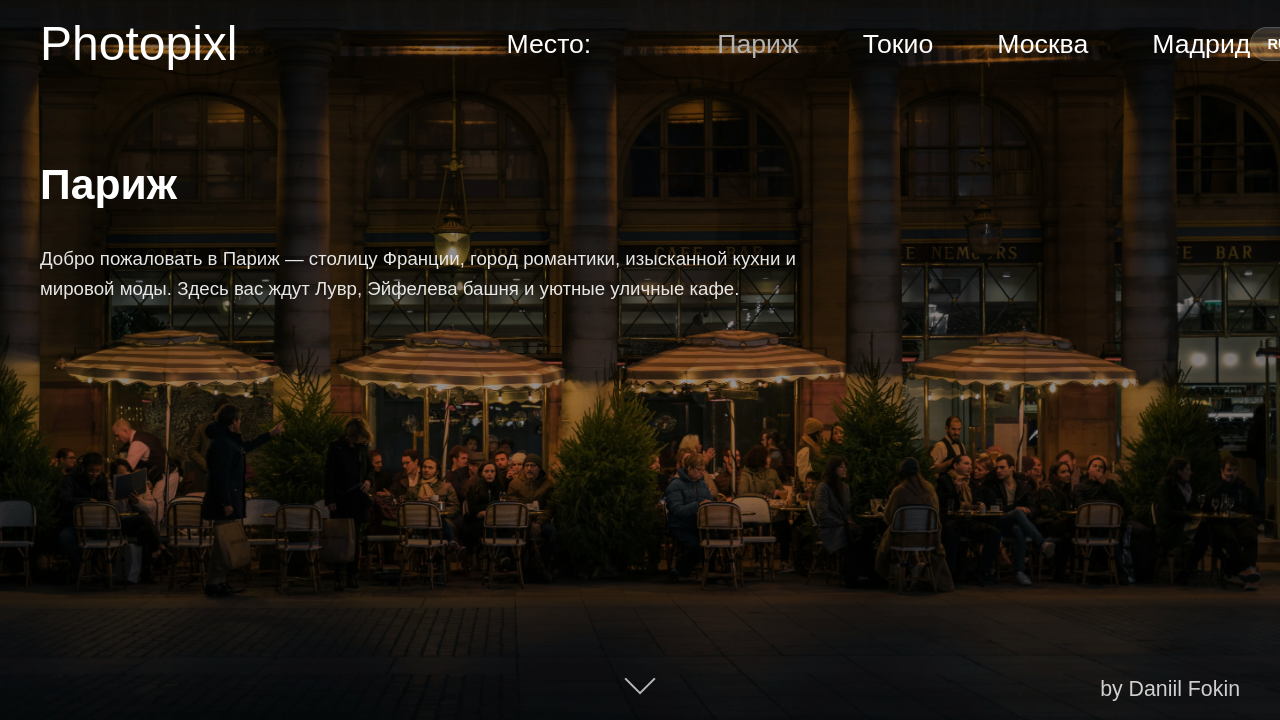
Repository: git-daniil/place-site
Page: index.html
The author's editor kept a copy of each file at every save. The page is drawn from the files as they stood at one save, then again after a run of saves.
The browser window is 1280 px wide. The pictures show the whole page.
Some web fonts or font styles are not loaded; a fallback is used.

Above is the page before, as saved 2026-05-20 14:36:28.

### index.html
<!DOCTYPE html>
<html lang="ru">
<head>
    <meta charset="UTF-8">
    <meta name="viewport" content="width=device-width, initial-scale=1.0">
    <title>Photopixl — Paris</title>
    <link rel="stylesheet" href="style.css">
    <script src="translations.js"></script>
</head>
<body class="paris-page">

    <div class="progress-bar-container">
        <div class="progress-bar"></div>
        <div class="preloader-center-text">
            <div class="preloader-logo">Photopixl</div>
            <div class="preloader-author">by Daniil Fokin</div>
        </div>
    </div>

    <div class="author-label">by Daniil Fokin</div>

    <div class="page-wrapper">
        <nav class="navbar">
            <a href="index.html" class="logo">Photopixl</a>
            <div class="place-label" data-lang="place">Место:</div>
            <div class="nav-links">
                <a href="index.html" class="city-link active" data-lang="paris">Париж</a>
                <a href="tokio.html" class="city-link" data-lang="tokio">Токио</a>
                <a href="moscow.html" class="city-link" data-lang="moscow">Москва</a>
                <a href="madrid.html" class="city-link" data-lang="madrid">Мадрид</a>
            </div>

            <div class="lang-selector">
                <div class="lang-current">RU</div>
                <div class="lang-dropdown">
                    <div class="lang-option active" data-value="ru">RU</div>
                    <div class="lang-option" data-value="en">EN</div>
                </div>
            </div>
        </nav>

        <section class="paris-bg-1 scroll-section" data-slide="0">
            <main class="content-section anim-text">
                <h1 data-field="h1">Париж</h1>
                <p data-field="p">Добро пожаловать в Париж — столицу Франции, город романтики, изысканной кухни и мировой моды. Здесь вас ждут Лувр, Эйфелева башня и уютные уличные кафе.</p>
            </main>
            <div class="scroll-hint">
                <div class="arrow"></div>
            </div>
        </section>

        <section class="paris-bg-2 scroll-section" data-slide="1">
            <main class="content-section anim-text">
                <h1 data-field="h1">Атмосфера старого города</h1>
                <p data-field="p">Прогуляйтесь по Монмартру, загляните в аутентичные дворики и пройдитесь по тихим мощеным улочкам, где до сих пор витает дух старого Парижа и пахнет свежими круассанами.</p>
            </main>
        </section>

        <section class="paris-bg-3 scroll-section" data-slide="2">
            <main class="content-section anim-text">
                <h1 data-field="h1">Вечерние огни Сены</h1>
                <p data-field="p">Когда на город опускаются сумерки, тысячи огней отражаются в воде. Прогулка на речном трамвайчике откроет для вас совершенно другой, магический Париж.</p>
            </main>
        </section>

        <section class="paris-bg-4 scroll-section" data-slide="3">
            <main class="content-section anim-text">
                <h1 data-field="h1">Сокровища Лувра</h1>
                <p data-field="p">Один из крупнейших и величайших музеев мира хранит в себе шедевры искусства разных эпох. Проведите день среди великой истории, архитектуры и бессмертных творений.</p>
            </main>
        </section>

        <section class="paris-bg-5 scroll-section" data-slide="4">
            <main class="content-section anim-text">
                <h1 data-field="h1">Триумфальная арка</h1>
                <p data-field="p">Величественный монумент на площади Шарля де Голля, ставший символом побед и национальной гордости Франции. Отсюда откроется один из лучших видов на Елисейские поля.</p>
            </main>
        </section>

        <section class="paris-bg-6 scroll-section" data-slide="5">
            <main class="content-section anim-text">
                <h1 data-field="h1">Эйфелева башня</h1>
                <p data-field="p">Главный и самый узнаваемый символ не только Парижа, но и всей Франции. Её изящный силуэт восхищает в любое время суток, а вечерняя иллюминация создает ощущение настоящей сказки.</p>
            </main>
        </section>

        <section class="paris-bg-7 scroll-section" data-slide="6">
            <main class="content-section anim-text">
                <h1 data-field="h1">Парижский туман</h1>
                <p data-field="p">Загадочные окутанные дымкой улочки раскрывают меланхоличную и кинематографичную сторону города. В такие моменты Париж кажется особенно уединенным и поэтичным.</p>
            </main>
        </section>

        <section class="paris-bg-8 scroll-section thanks-section" data-slide="7">
            <div class="thanks-text anim-text" data-field="h1">
                À bientôt, Paris
            </div>
        </section>
    </div>

    <script {nonce}>
        window.addEventListener('DOMContentLoaded', function() {
            setTimeout(() => {
                document.querySelector('.preloader-logo').classList.add('show');
            }, 300);

            setTimeout(() => {
                document.querySelector('.preloader-author').classList.add('show');
            }, 900);
        });

        window.addEventListener('load', function() {
            const progressBar = document.querySelector('.progress-bar');
            const pageWrapper = document.querySelector('.page-wrapper');
            const progressContainer = document.querySelector('.progress-bar-container');

            progressBar.style.width = '100%';

            setTimeout(() => {
                progressContainer.style.opacity = '0';
                pageWrapper.classList.add('loaded');

                setTimeout(() => {
                    progressContainer.style.display = 'none';
                }, 600);
            }, 2200);
        });

        const langSelector = document.querySelector('.lang-selector');
        const langCurrent = document.querySelector('.lang-current');
        const langOptions = document.querySelectorAll('.lang-option');

        if (langSelector) {
            langSelector.addEventListener('click', function(e) {
                e.stopPropagation();
                this.classList.toggle('open');
            });
        }

        document.addEventListener('click', function() {
            if (langSelector) langSelector.classList.remove('open');
        });

        langOptions.forEach(option => {
            option.addEventListener('click', function(e) {
                e.stopPropagation();
                const lang = this.getAttribute('data-value');

                langOptions.forEach(opt => opt.classList.remove('active'));
                this.classList.add('active');
                langCurrent.textContent = lang.toUpperCase();
                langSelector.classList.remove('open');

                changeLanguage(lang);
            });
        });

        function changeLanguage(lang) {
            document.querySelectorAll('[data-lang]').forEach(elem => {
                const key = elem.getAttribute('data-lang');
                if (translations[lang][key]) {
                    elem.textContent = translations[lang][key];
                }
            });

            document.querySelectorAll('[data-slide]').forEach(slide => {
                const slideIndex = slide.getAttribute('data-slide');
                const slideData = translations[lang].slides[slideIndex];

                if (slideData) {
                    const h1 = slide.querySelector('[data-field="h1"]');
                    const p = slide.querySelector('[data-field="p"]');
                    if (h1) h1.textContent = slideData.h1;
                    if (p) p.textContent = slideData.p;
                }
            });
        }

        let currentSection = 0;
        const sections = document.querySelectorAll('.scroll-section');
        let isScrolling = false;

        window.addEventListener('wheel', function(e) {
            if (!document.body.classList.contains('paris-page')) return;
            if (!document.querySelector('.page-wrapper').classList.contains('loaded')) {
                e.preventDefault();
                return;
            }

            e.preventDefault();

            if (isScrolling) return;
            if (Math.abs(e.deltaY) < 60) return;

            isScrolling = true;

            if (e.deltaY > 0) {
                if (currentSection < sections.length - 1) currentSection++;
            } else {
                if (currentSection > 0) currentSection--;
            }

            sections[currentSection].scrollIntoView({ behavior: 'smooth' });

            const scrollHint = document.querySelector('.scroll-hint');
            if (scrollHint && currentSection > 0) {
                scrollHint.classList.add('hide');
            } else if (scrollHint && currentSection === 0) {
                scrollHint.classList.remove('hide');
            }

            setTimeout(() => {
                isScrolling = false;
            }, 1000);
        }, { passive: false });

        const observer = new IntersectionObserver((entries) => {
            entries.forEach(entry => {
                if (entry.isIntersecting) {
                    entry.target.classList.add('visible');
                } else {
                    entry.target.classList.remove('visible');
                }
            });
        }, { threshold: 0.3 });

        document.querySelectorAll('.anim-text').forEach(text => {
            observer.observe(text);
        });
    </script>

</body>
</html>

### style.css
@font-face {
    font-family: 'Gilroy-Regular';
    src: local('Gilroy-Regular'), url('fonts/Gilroy-Regular.woff2') format('woff2');
    font-weight: normal;
    font-style: normal;
}
@font-face {
    font-family: 'Seenonim';
    src: local('Seenonim'), url('fonts/Seenonim.woff2') format('woff2');
    font-weight: normal;
    font-style: normal;
}

body {
    margin: 0;
    padding: 0;
    background-color: #ffffff;
    font-family: Arial, sans-serif;
}

body.paris-page {
    height: 100vh;
    overflow: hidden;
    background-color: #111111;
}

.progress-bar-container {
    position: fixed;
    top: 0;
    left: 0;
    width: 100%;
    height: 100vh;
    background-color: #111111;
    z-index: 100;
    transition: opacity 0.6s ease-in-out;
    display: flex;
    flex-direction: column;
    justify-content: center;
    align-items: center;
}

.progress-bar {
    position: absolute;
    top: 0;
    left: 0;
    width: 0%;
    height: 3px;
    background-color: #ffffff;
    transition: width 2s cubic-bezier(0.22, 1, 0.36, 1);
}

.preloader-center-text {
    text-align: center;
    color: #ffffff;
}

.preloader-logo {
    font-family: 'Gilroy-Regular', sans-serif;
    font-size: 48pt;
    margin-bottom: 15px;
    line-height: 1;
    opacity: 0;
    transform: translateY(15px);
    transition: opacity 1s ease, transform 1s ease;
}

.preloader-logo.show {
    opacity: 1;
    transform: translateY(0);
}

.preloader-author {
    font-family: 'Seenonim', sans-serif;
    font-size: 18pt;
    line-height: 1;
    opacity: 0;
    transform: translateY(10px);
    transition: opacity 1s ease, transform 1s ease;
}

.preloader-author.show {
    opacity: 0.8;
    transform: translateY(0);
}

.page-wrapper {
    height: auto;
}

body.paris-page .page-wrapper {
    opacity: 0;
    transition: opacity 1.2s ease-in-out;
    height: 100vh;
    overflow: hidden;
}

body.paris-page .page-wrapper.loaded {
    opacity: 1;
}

.navbar {
    display: flex;
    align-items: center;
    background: none;
    padding: 20px 40px;
}

body.paris-page .navbar {
    position: fixed;
    top: 0;
    left: 0;
    right: 0;
    z-index: 10;
}

.logo {
    font-family: 'Gilroy-Regular', sans-serif;
    font-size: 36pt;
    color: #000000;
    line-height: 1;
    text-decoration: none;
}

body.paris-page .logo {
    color: #ffffff;
}

.place-label {
    font-family: 'Seenonim', sans-serif;
    font-size: 20pt;
    color: #000000;
    margin-left: 269px;
    line-height: 1;
}

body.paris-page .place-label {
    color: #ffffff;
}

.nav-links {
    display: flex;
    margin-left: 126px;
}

.city-link {
    font-family: 'Seenonim', sans-serif;
    font-size: 20pt;
    color: #000000;
    text-decoration: none;
    line-height: 1;
}

body.paris-page .city-link {
    color: #ffffff;
}

.city-link.active {
    color: #8c8c8c;
}

body.paris-page .city-link.active {
    color: #b3b3b3;
}

.city-link:not(:last-child) {
    margin-right: 64px;
}

.lang-selector {
    position: relative;
    margin-left: auto;
    cursor: pointer;
    user-select: none;
    font-family: Arial, sans-serif;
}

.lang-current {
    font-size: 11pt;
    font-weight: bold;
    color: #ffffff;
    padding: 8px 16px;
    background-color: rgba(255, 255, 255, 0.15);
    border: 1px solid rgba(255, 255, 255, 0.15);
    border-radius: 20px;
    transition: background-color 0.2s ease;
}

.lang-selector:hover .lang-current {
    background-color: #262626;
}

.lang-dropdown {
    position: absolute;
    top: calc(100% + 6px);
    right: 0;
    background-color: #1a1a1a;
    border: 1px solid rgba(255, 255, 255, 0.15);
    border-radius: 12px;
    min-width: 54px;
    display: flex;
    flex-direction: column;
    opacity: 0;
    visibility: hidden;
    transform: translateY(-8px);
    transition: all 0.25s ease-in-out;
    box-shadow: 0 4px 15px rgba(0, 0, 0, 0.6);
    overflow: hidden;
}

.lang-selector.open .lang-dropdown {
    opacity: 1;
    visibility: visible;
    transform: translateY(0);
}

.lang-option {
    font-size: 10pt;
    font-weight: bold;
    color: rgba(255, 255, 255, 0.5);
    padding: 8px 0;
    text-align: center;
    transition: background-color 0.2s ease, color 0.2s ease;
}

.lang-option:hover {
    background-color: #262626;
    color: #ffffff;
}

.lang-option.active {
    color: #ffffff;
    background-color: #222222;
}

.author-label {
    font-family: 'Seenonim', sans-serif;
    font-size: 16pt;
    color: #000000;
    line-height: 1;
}

body.paris-page .author-label {
    position: fixed;
    bottom: 20px;
    right: 40px;
    color: #ffffff;
    opacity: 0.8;
    z-index: 10;
}

body.paris-page .page-wrapper:not(.loaded) ~ .author-label {
    opacity: 0;
}

.content-section {
    padding: 60px 40px;
}

.content-section h1 {
    font-size: 32pt;
    margin-top: 0;
    font-family: 'Gilroy-Regular', sans-serif;
    color: #000000;
}

body.paris-page .content-section h1 {
    color: #ffffff;
}

.content-section p {
    font-size: 14pt;
    color: #333333;
    line-height: 1.6;
    max-width: 800px;
}

body.paris-page .content-section p {
    color: #e6e6e6;
}

.scroll-section {
    position: relative;
    background-size: cover;
    background-position: center;
    background-repeat: no-repeat;
    background-attachment: fixed;
    height: 100vh;
    padding-top: 100px;
    box-sizing: border-box;
}

.paris-bg-1 {
    background-image: linear-gradient(rgba(0, 0, 0, 0.4), rgba(0, 0, 0, 0.4)), url('assets/photo/paris/paris-bg.webp');
}

.paris-bg-2 {
    background-image: linear-gradient(rgba(0, 0, 0, 0.4), rgba(0, 0, 0, 0.4)), url('assets/photo/paris/paris1.webp');
}

.paris-bg-3 {
    background-image: linear-gradient(rgba(0, 0, 0, 0.4), rgba(0, 0, 0, 0.4)), url('assets/photo/paris/paris2.webp');
}

.paris-bg-4 {
    background-image: linear-gradient(rgba(0, 0, 0, 0.4), rgba(0, 0, 0, 0.4)), url('assets/photo/paris/paris3.webp');
}

.paris-bg-5 {
    background-image: linear-gradient(rgba(0, 0, 0, 0.4), rgba(0, 0, 0, 0.4)), url('assets/photo/paris/paris4.webp');
}

.paris-bg-6 {
    background-image: linear-gradient(rgba(0, 0, 0, 0.4), rgba(0, 0, 0, 0.4)), url('assets/photo/paris/paris5.webp');
}

.paris-bg-7 {
    background-image: linear-gradient(rgba(0, 0, 0, 0.4), rgba(0, 0, 0, 0.4)), url('assets/photo/paris/paris6.webp');
}

.paris-bg-8 {
    background-image: linear-gradient(rgba(0, 0, 0, 0.5), rgba(0, 0, 0, 0.5)), url('assets/photo/paris/paris7.webp');
}

.thanks-section {
    display: flex;
    justify-content: center;
    align-items: center;
    padding-top: 0;
}

.thanks-text {
    font-family: 'Gilroy-Regular', sans-serif;
    font-size: 48pt;
    color: #ffffff;
    text-align: center;
}

.scroll-hint {
    position: absolute;
    bottom: 30px;
    left: 50%;
    transform: translateX(-50%);
    display: flex;
    justify-content: center;
    align-items: center;
    transition: opacity 0.5s ease;
    pointer-events: none;
}

.scroll-hint.hide {
    opacity: 0;
}

.arrow {
    width: 20px;
    height: 20px;
    border-right: 2px solid rgba(255, 255, 255, 0.7);
    border-bottom: 2px solid rgba(255, 255, 255, 0.7);
    transform: rotate(45deg);
    animation: bounceArrow 2s infinite;
}

@keyframes bounceArrow {
    0%, 20%, 50%, 80%, 100% {
        transform: translateY(0) rotate(45deg);
    }
    40% {
        transform: translateY(-10px) rotate(45deg);
    }
    60% {
        transform: translateY(-5px) rotate(45deg);
    }
}

.anim-text {
    opacity: 0;
    transform: translateY(40px);
    transition: opacity 1s ease, transform 1s ease;
    transition-delay: 0.4s;
}

.anim-text.visible {
    opacity: 1;
    transform: translateY(0);
}

::selection {
    background-color: rgba(28, 28, 28, 1);
    color: #ffffff;
}

### translations.js
const translations = {
    ru: {
        place: "Место:",
        paris: "Париж",
        tokio: "Токио",
        moscow: "Москва",
        madrid: "Мадрид",
        slides: [
            {
                h1: "Париж",
                p: "Добро пожаловать в Париж — столицу Франции, город романтики, изысканной кухни и мировой моды. Здесь вас ждут Лувр, Эйфелева башня и уютные уличные кафе."
            },
            {
                h1: "Атмосфера старого города",
                p: "Прогуляйтесь по Монмартру, загляните в аутентичные дворики и пройдитесь по тихим мощеным улочкам, где до сих пор витает дух старого Парижа и пахнет свежими круассанами."
            },
            {
                h1: "Вечерние огни Сены",
                p: "Когда на город опускаются сумерки, тысячи огней отражаются в воде. Прогулка на речном трамвайчике откроет для вас совершенно другой, магический Париж."
            },
            {
                h1: "Сокровища Лувра",
                p: "Один из крупнейших и величайших музеев мира хранит в себе шедевры искусства разных эпох. Проведите день среди великой истории, архитектуры и бессмертных творений."
            },
            {
                h1: "Триумфальная арка",
                p: "Величественный монумент на площади Шарля де Голля, ставший символом побед и национальной гордости Франции. Отсюда откроется один из лучших видов на Елисейские поля."
            },
            {
                h1: "Эйфелева башня",
                p: "Главный и самый узнаваемый символ не только Парижа, но и всей Франции. Её изящный силуэт восхищает в любое время суток, а вечерняя иллюминация создает ощущение настоящей сказки."
            },
            {
                h1: "Парижский туман",
                p: "Загадочные окутанные дымкой улочки раскрывают меланхоличную и кинематографичную сторону города. В такие моменты Париж кажется особенно уединенным и поэтичным."
            },
            {
                h1: "À bientôt, Paris",
                p: ""
            }
        ]
    },
    en: {
        place: "Place:",
        paris: "Paris",
        tokio: "Tokyo",
        moscow: "Moscow",
        madrid: "Madrid",
        slides: [
            {
                h1: "Paris",
                p: "Welcome to Paris — the capital of France, a city of romance, fine dining, and global fashion. Here, the Louvre, Eiffel Tower, and cozy street cafes await you."
            },
            {
                h1: "Old Town Atmosphere",
                p: "Stroll through Montmartre, explore authentic courtyards, and walk along quiet cobblestone streets where the spirit of old Paris still lingers and the aroma of fresh croissants fills the air."
            },
            {
                h1: "Evening Lights of the Seine",
                p: "As dusk falls over the city, thousands of lights reflect in the water. A river cruise will reveal a completely different, magical Paris to you."
            },
            {
                h1: "Treasures of the Louvre",
                p: "One of the world's largest and greatest museums holds masterpieces of art from various eras. Spend a day surrounded by great history, architecture, and timeless creations."
            },
            {
                h1: "Arc de Triomphe",
                p: "A majestic monument on the Place Charles de Gaulle, a symbol of victories and French national pride. It offers one of the best views of the Champs-Élysées."
            },
            {
                h1: "Eiffel Tower",
                p: "The main and most recognizable symbol of not only Paris but all of France. Its elegant silhouette inspires at any time of day, and the evening illumination creates a true fairytale feeling."
            },
            {
                h1: "Parisian Fog",
                p: "Mysterious streets shrouded in mist reveal the melancholic and cinematic side of the city. In these moments, Paris feels uniquely secluded and poetic."
            },
            {
                h1: "À bientôt, Paris",
                p: ""
            }
        ]
    }
};

After the next 2 saves:
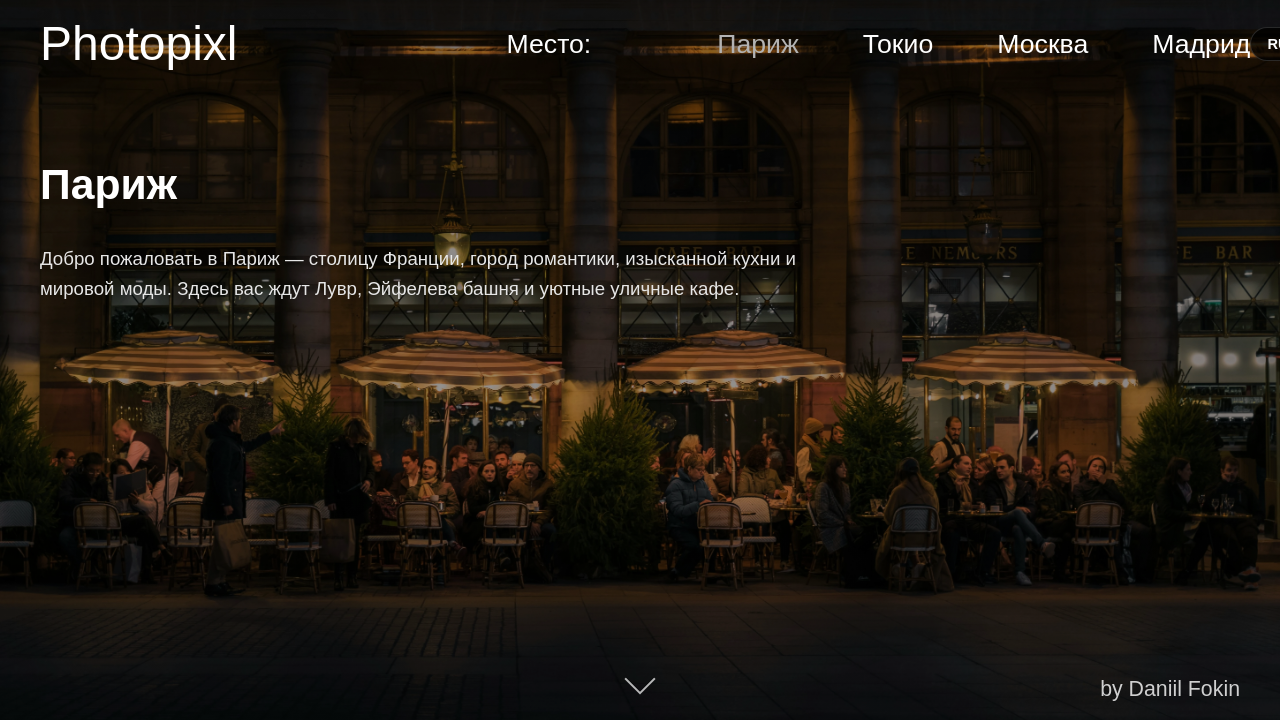
The 2 saves are shown as one change because they came seconds apart.
The last was saved 7 s later.
--- a/style.css
+++ b/style.css
@@ -179,7 +179,7 @@ body.paris-page .city-link.active {
     font-weight: bold;
     color: #ffffff;
     padding: 8px 16px;
-    background-color: rgba(255, 255, 255, 0.15);
+    background-color: rgba(0, 0, 0, 0.8);
     border: 1px solid rgba(255, 255, 255, 0.15);
     border-radius: 20px;
     transition: background-color 0.2s ease;
